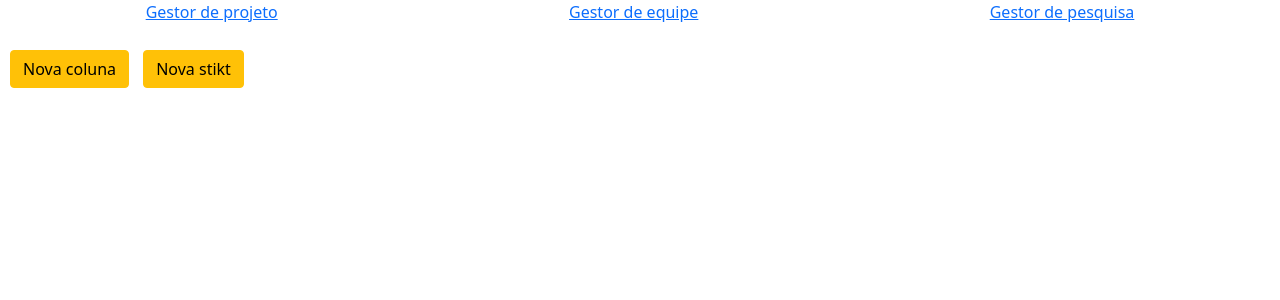
Repository: shadowruge/kanban
Page: index.html
These files come from the project's save history. The page is drawn as it stood at one moment and after the next save; the edit follows.
The browser window is 1280 px wide. The pictures show the whole page.

Above is the page before, as saved 2021-06-12 20:08:47.

After the next save:
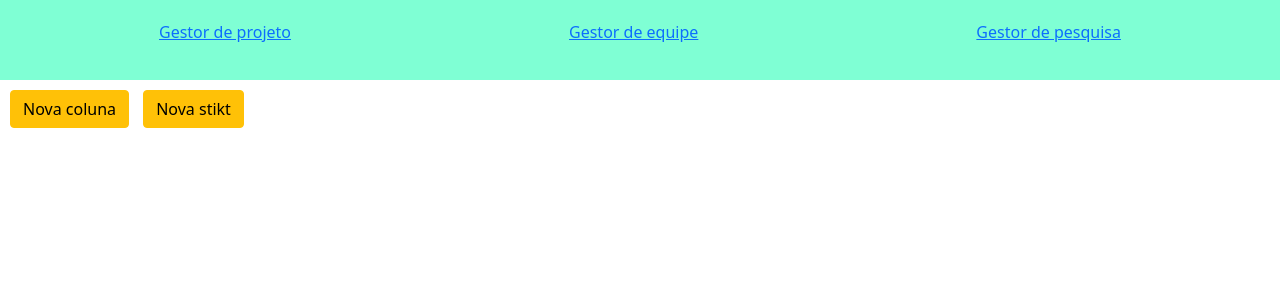
Saved 7 s later.
--- a/style.css
+++ b/style.css
@@ -11,7 +11,7 @@ header{
 }
 
 .nav {
-background-color:aquamarine
+background-color:aquamarine;
   padding: 20px;
   display: flex;
   justify-content: space-around;
